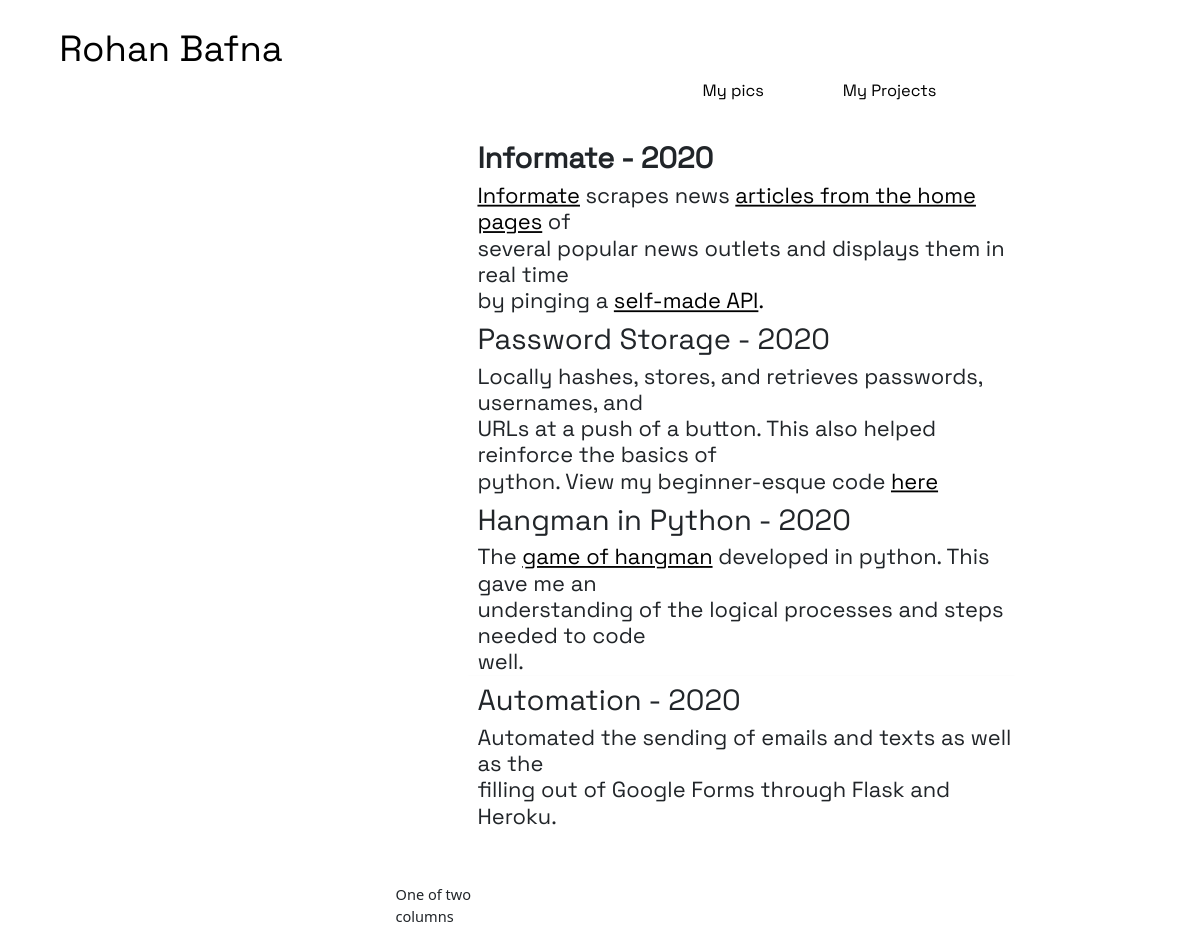
Repository: rbafna6507/rbafna6507.github.io
Page: actualprojects.html
These files come from the project's save history. The page is drawn as it stood at one moment and after the next save; the edit follows.
The browser window is 1280 px wide. The page is 1310 px wide, so the pictures cover 1310 px, including what lies to the right of the window. The pictures show the whole page, at 91% of full size.

Above is the page before, as saved 2020-12-20 16:54:50.

### actualprojects.html
<!DOCTYPE HTML>
<html>
<head>
    <link rel="shortcut icon" type="image/png" href="circular actual atom logo.png"/>
    <title>my projects</title>
    <link href= "projects.css" type= "text/css" rel= "stylesheet">
    <link rel="preconnect" href="https://fonts.gstatic.com">
    <script src="https://cdn.jsdelivr.net/npm/bootstrap@5.0.0-beta1/dist/js/bootstrap.bundle.min.js" integrity="sha384-ygbV9kiqUc6oa4msXn9868pTtWMgiQaeYH7/t7LECLbyPA2x65Kgf80OJFdroafW" crossorigin="anonymous"></script>
    <link href="https://cdn.jsdelivr.net/npm/bootstrap@5.0.0-beta1/dist/css/bootstrap.min.css" rel="stylesheet" integrity="sha384-giJF6kkoqNQ00vy+HMDP7azOuL0xtbfIcaT9wjKHr8RbDVddVHyTfAAsrekwKmP1" crossorigin="anonymous">
<link href="https://fonts.googleapis.com/css2?family=Space+Grotesk:wght@300;400&display=swap" rel="stylesheet">
</head>
<body>
    <div id= "navbar">
        <header class= "header">
            <div id="hi">
              <a href= "index.html"><h1>Rohan Bafna</h1></a>
            </div>
            <div class= "leftsidelist">
                <ul>
                    <a href= "pics.html"><li class= "about">My pics</li></a>
                    <a href= "projects.html"><li class= "projects">My Projects</li></a>
                </ul>
            </div>
        </header>
    </div>
    <br>
    <br>
    <br>
    <br>
    <div class="row justify-content-evenly">
        <div class="col-4">
            <div id = "informate" class = "project">
                <div class = "small">
                <h2>
                    <strong>Informate - 2020</strong>
                </h2>
                <h4><a href = "https://newsaggregator-frontend.vercel.app"><u>Informate</u></a> scrapes news <a href = "https://github.com/rbafna6507/newsaggregator_scraper"><u>articles from the home pages</u></a> of <br>several popular news outlets and displays them in real time <br>by pinging a <a href = "https://github.com/rbafna6507/newsaggregator_backend"><u>self-made API</u>.</a></h4>
                </div>
            </div>
            <div id = "password" class = "project">
                <div class = "small">
                <h2>Password Storage - 2020</h2>
                <h4>Locally hashes, stores, and retrieves passwords, usernames, and <br>URLs at a push of a button. This also helped reinforce the basics of<br>python. View my beginner-esque code <a href = "https://github.com/rbafna6507/passwordstorageproject"><u>here</u></a></h4>
            </div>
            </div>
            <div id = "hangman" class = "project">
                <div class = "small">
                <h2>Hangman in Python - 2020</h2>
                <h4>The <a href = "https://github.com/rbafna6507/hangmanpython"><u>game of hangman</u></a> developed in python. This gave me an <br>understanding of the logical processes and steps needed to code <br>well.</h4>
            </div>
            </div>
            <div id = "automation" class = "project">
                <div class = "small">
                <h2>Automation - 2020</h2>
                <h4>Automated the sending of emails and texts as well as the <br>filling out of Google Forms through Flask and Heroku.</h4>
            </div>
        </div>
        <br>
        <br>
        <div class="col-4">
          One of two columns
        </div>
      </div>
</body>
</html>

### projects.css
* {box-sizing:border-box}

body{
  max-height:1000px;
  max-width:1440px
}

div{
  display: inline-block;
}

li{
  display: inline;
  list-style-type: none;
  text-align: left;
  padding-left: 30px;
  font-size: 18px;
  font-weight: 36px;
  width: 150px;
  display: inline-block;
  position: relative;
}

ul{
  display: inline;
  padding: 0;
  text-align: center;
  position: relative;
}

.header {
  font-family: 'Space Grotesk', sans-serif;
  position: relative;
  left: 10px;
  top: 30px;
}

.leftsidelist {
  position: relative;
  margin-left: 680px;
}

#logo {
    display: inline-block;
    width: 40px;
    height: 40px;
    position: relative;
    top: 70px;
    bottom: 400px;
  }

  h1 {

    padding-left: 50px;
    font-size: 36px;
    position: relative;
    right: 15px;
}
  #navbar {
    position: relative;
    left: 20px;
  }

  a:link {
    text-decoration: none;
    color: black;
  }

  a:visited {
    text-decoration: none;
    color: black;
  }

  a:hover {
    color: #ce321e
  }

  a:active {
    color: #ce321e
  }

  .project{
      font-family: 'Space Grotesk', sans-serif;
      position: relative;
      font-weight: normal;
      left: 80px;
      padding-top: 5px;
      font-size: 18px;
      display: inline;
  }

  body:not(.mobile) #informate:hover #informate_img {
    visibility: visible;
  }
  body:not(.mobile) #hangman:hover #hangman_img {
    visibility: visible;
}

  body:not(.mobile) #password:hover #password_img {
    visibility: visible;
}

  .small{
    display: block;
    width: 600px;
    padding-left: 10px;
    padding-top:-1px;
  }

  .small{
    background-size: 200% 200%;
    background-image:linear-gradient(to top, #f7f7f7 50%, transparent 50%);
    -webkit-transition: background-position 300ms, color 300ms ease, border-color 300ms ease;
    -moz-transition: background-position 300ms, color 300ms ease, border-color 300ms ease;
    -ms-transition: background-position 300ms, color 300ms ease, border-color 300ms ease;
    -o-transition: background-position 300ms, color 300ms ease, border-color 300ms ease;
    transition: background-position 300ms, color 300ms ease, border-color 300ms ease;
}

  .small:hover {color: black;
background-image:
linear-gradient(to top, #f7f7f7 51%, transparent 50%);
background-position: 0 100%;
-webkit-transition: background-position 300ms, color 300ms ease, border-color 300ms ease;
-moz-transition: background-position 300ms, color 300ms ease, border-color 300ms ease;
-ms-transition: background-position 300ms, color 300ms ease, border-color 300ms ease;
-o-transition: background-position 300ms, color 300ms ease, border-color 300ms ease;
transition: background-position 300ms, color 300ms ease, border-color 300ms ease;
}

  .bro{
    margin-bottom: 3000px;
  }

After the next save:
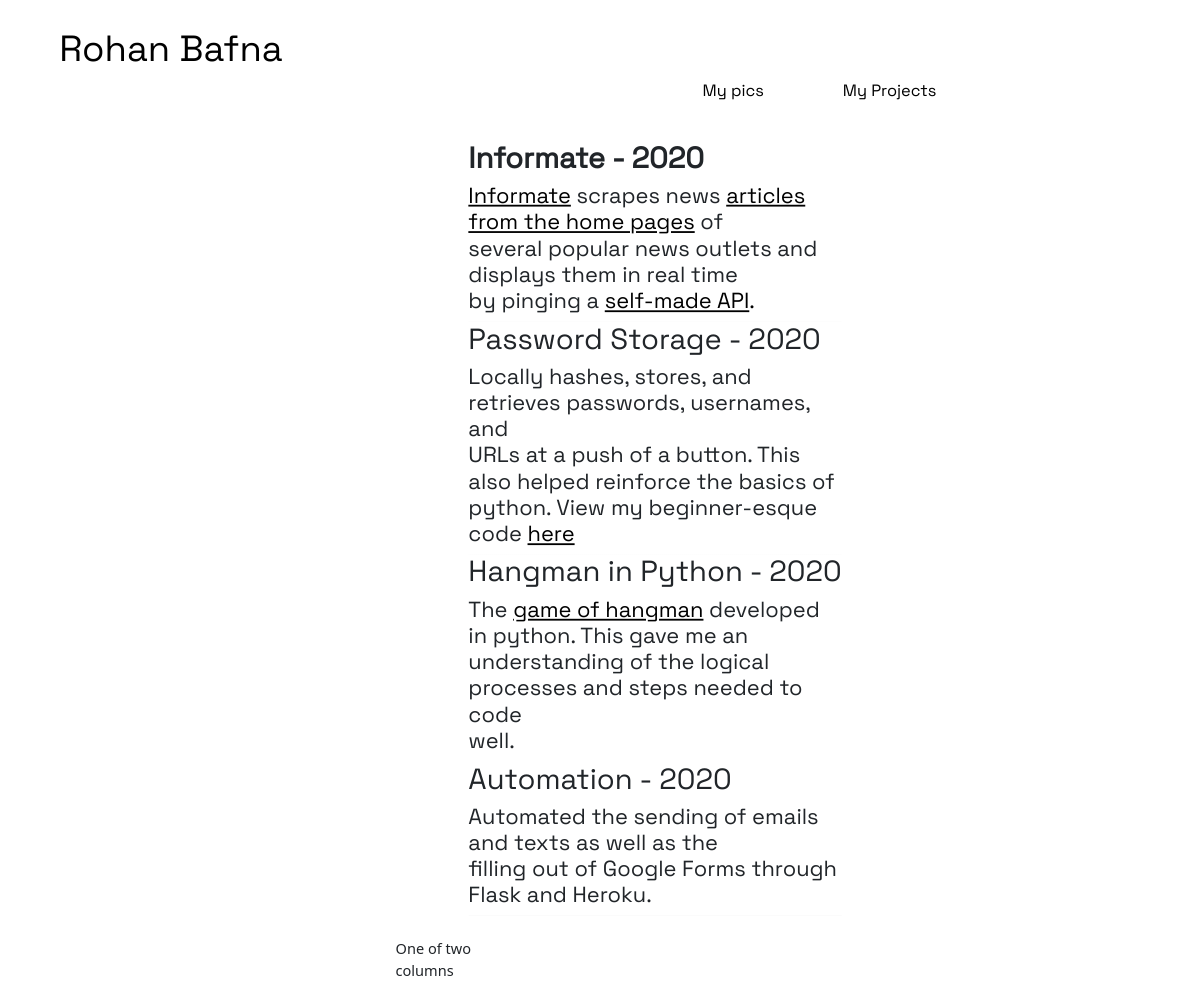
Saved 38 s later.
--- a/projects.css
+++ b/projects.css
@@ -101,13 +101,6 @@ ul{
 }
 
   .small{
-    display: block;
-    width: 600px;
-    padding-left: 10px;
-    padding-top:-1px;
-  }
-
-  .small{
     background-size: 200% 200%;
     background-image:linear-gradient(to top, #f7f7f7 50%, transparent 50%);
     -webkit-transition: background-position 300ms, color 300ms ease, border-color 300ms ease;
